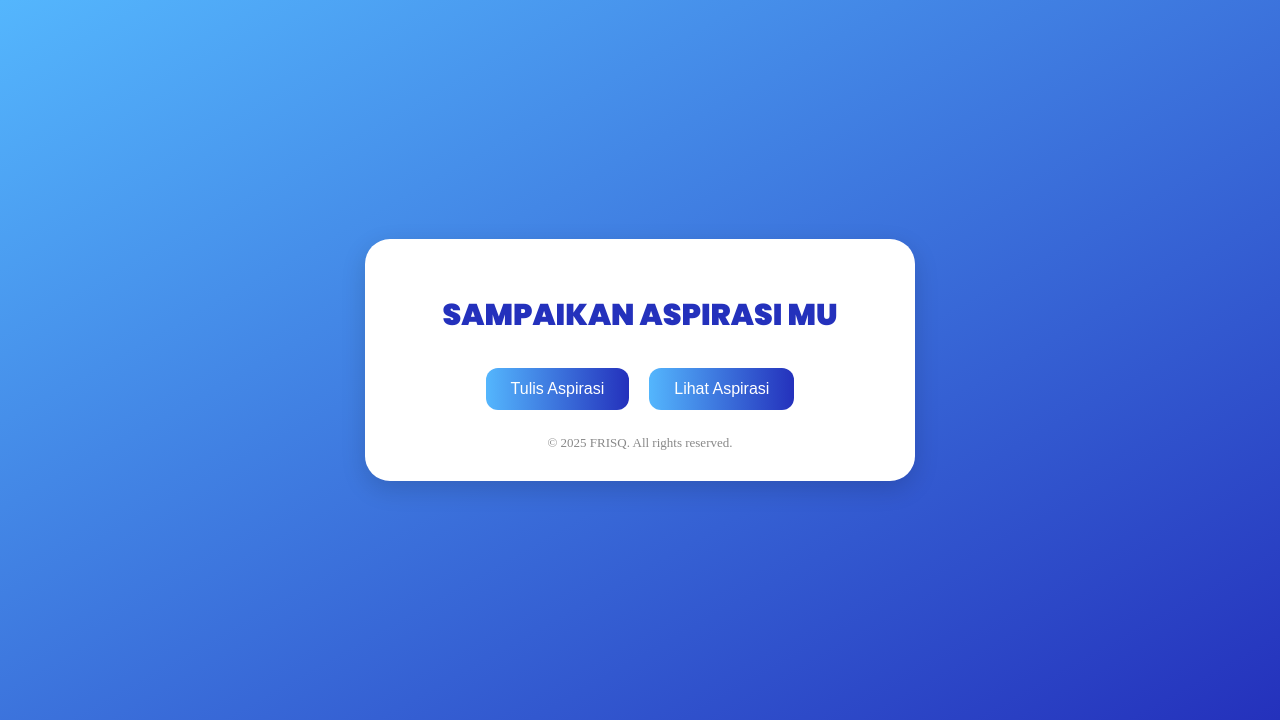
Repository: syauqiazka/Aspirasi
Page: index.html
An editor plug-in stored every save of this project. The page is shown before and after the next save, followed by the edit.
The browser window is 1280 px wide. The pictures show the whole page.

Above is the page before, as saved 2025-11-20 08:58:21.

### index.html
<!DOCTYPE html>
<html lang="en">
<head>
  <meta charset="UTF-8">
  <meta name="viewport" content="width=device-width, initial-scale=1.0">
  <title>Aspirasi FRISQ</title>
  <link href="https://fonts.googleapis.com/css2?family=Poppins:wght@900&display=swap" rel="stylesheet">
  <link rel="stylesheet" href="style.css">
</head>
<body>
  <!-- Halaman utama -->
  <div class="container fade-in">
    <h2>SAMPAIKAN ASPIRASI MU</h2>
    <div class="button-group">
      <button class="btn" onclick="goToPage('SaranForm/saran.html')">Tulis Aspirasi</button>
      <button class="btn" onclick="goToPage('DaftarSaran/daftar.html')">Lihat Aspirasi</button>
    </div>
    <footer>&copy; 2025 FRISQ. All rights reserved.</footer>
  </div>

  <!-- Overlay transisi -->
  <div class="page-transition"></div>

  <script src="script.js"></script>
</body>
</html>

### style.css
body {
  margin: 0;
  height: 100vh;
  background: linear-gradient(to bottom right, #54B6FD, #2431BC);
  display: flex;
  justify-content: center;
  align-items: center;
  transition: 0.3s ease;
  overflow: hidden;
}

/* Container Box */
.container {
  background: #fff;
  border-radius: 25px;
  box-shadow: 0 8px 25px rgba(0, 0, 0, 0.15);
  width: 50%;
  max-width: 500px;
  text-align: center;
  padding: 30px 25px;
  animation: fadeIn 0.7s ease forwards;
}

/* Judul Besar */
.container h2 {
  color: #2431BC;
  font-weight: 900;
  font-size: 30px;
  text-transform: uppercase;
  margin-bottom: 30px;
  font-family: 'Poppins', sans-serif;
}

/* Tombol Group */
.button-group {
  display: flex;
  justify-content: center;
  gap: 20px;
  margin-bottom: 25px;
}

/* Tombol */
.btn {
  position: relative;
  background: linear-gradient(to right, #54B6FD, #2431BC);
  color: #fff;
  border: none;
  border-radius: 12px;
  padding: 12px 25px;
  font-size: 16px;
  cursor: pointer;
  overflow: hidden;
  transition: transform 0.2s ease, box-shadow 0.2s ease;
}

.btn::before {
  content: "";
  position: absolute;
  top: -50%;
  left: -75%;
  width: 50%;
  height: 200%;
  background: rgba(255, 255, 255, 0.4);
  transform: rotate(30deg);
  transition: all 0.6s ease;
}

.btn:hover::before {
  left: 120%;
}

.btn:hover {
  transform: scale(1.05);
  box-shadow: 0 0 10px rgba(84, 182, 253, 0.6);
}

/* Footer */
footer {
  font-size: 13px;
  color: #888;
}

/* Animasi Fade In Container */
@keyframes fadeIn {
  from {
    opacity: 0;
    transform: translateY(15px);
  }
  to {
    opacity: 1;
    transform: translateY(0);
  }
}

/* Overlay transisi antar halaman */
.page-transition {
  position: fixed;
  top: 0;
  left: -120%;
  width: 100%;
  height: 100%;
  background: linear-gradient(to bottom right, #54b7fd, #2431bc);
  border-right: 20px solid white;
  box-shadow: 10px 0px 10px rgba(0, 0, 0, 0.486);
  z-index: 9999;
  transition: all 0.5s ease-in-out;
}

.page-transition.active {
  left: 0;
  background: linear-gradient(to bottom right, #54B6FD, #2431bc);
}

### script.js
function goToPage(url) {
  const transition = document.querySelector('.page-transition');
  transition.classList.add('active');

  // Tunggu animasi selesai dulu (0.7s) baru pindah
  setTimeout(() => {
    window.location.href = url;
  }, 700);
}

After the next save:
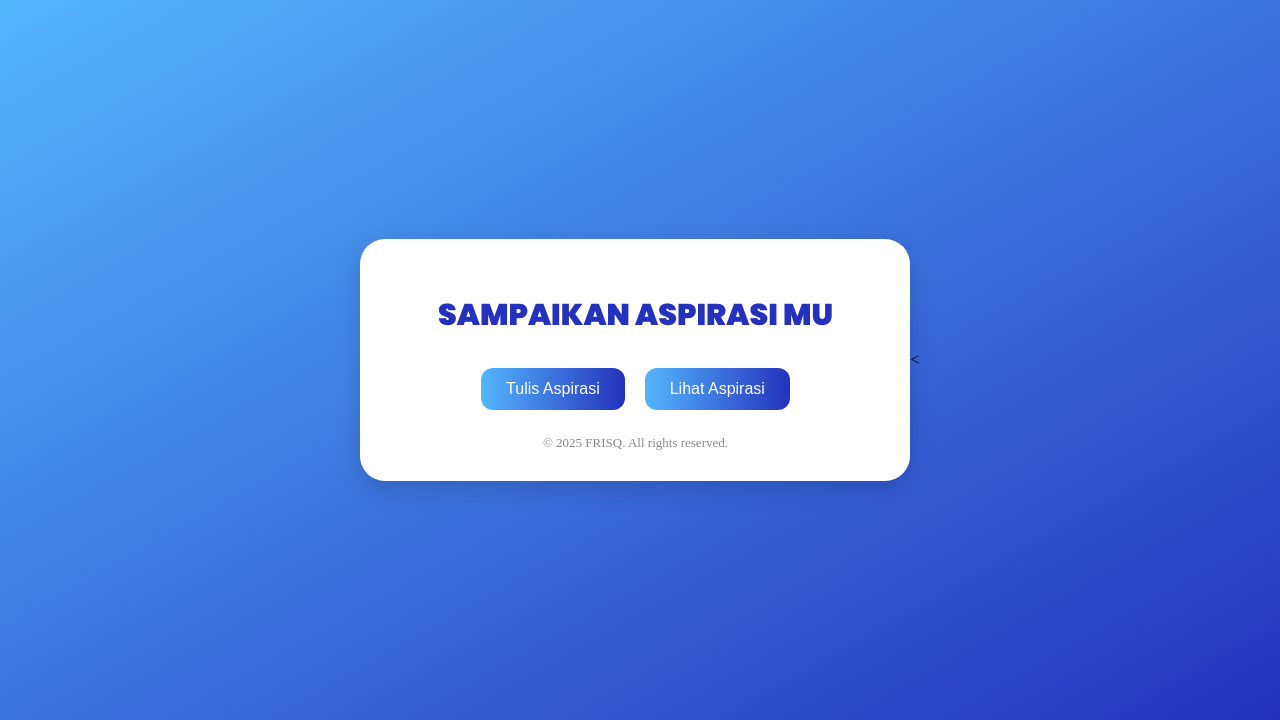
Saved 7 s later.
--- a/index.html
+++ b/index.html
@@ -1,5 +1,6 @@
 <!DOCTYPE html>
 <html lang="en">
+
 <head>
   <meta charset="UTF-8">
   <meta name="viewport" content="width=device-width, initial-scale=1.0">
@@ -7,6 +8,7 @@
   <link href="https://fonts.googleapis.com/css2?family=Poppins:wght@900&display=swap" rel="stylesheet">
   <link rel="stylesheet" href="style.css">
 </head>
+
 <body>
   <!-- Halaman utama -->
   <div class="container fade-in">
@@ -22,5 +24,6 @@
   <div class="page-transition"></div>
 
   <script src="script.js"></script>
-</body>
+  < </body>
+
 </html>

After the 3 saves that followed:
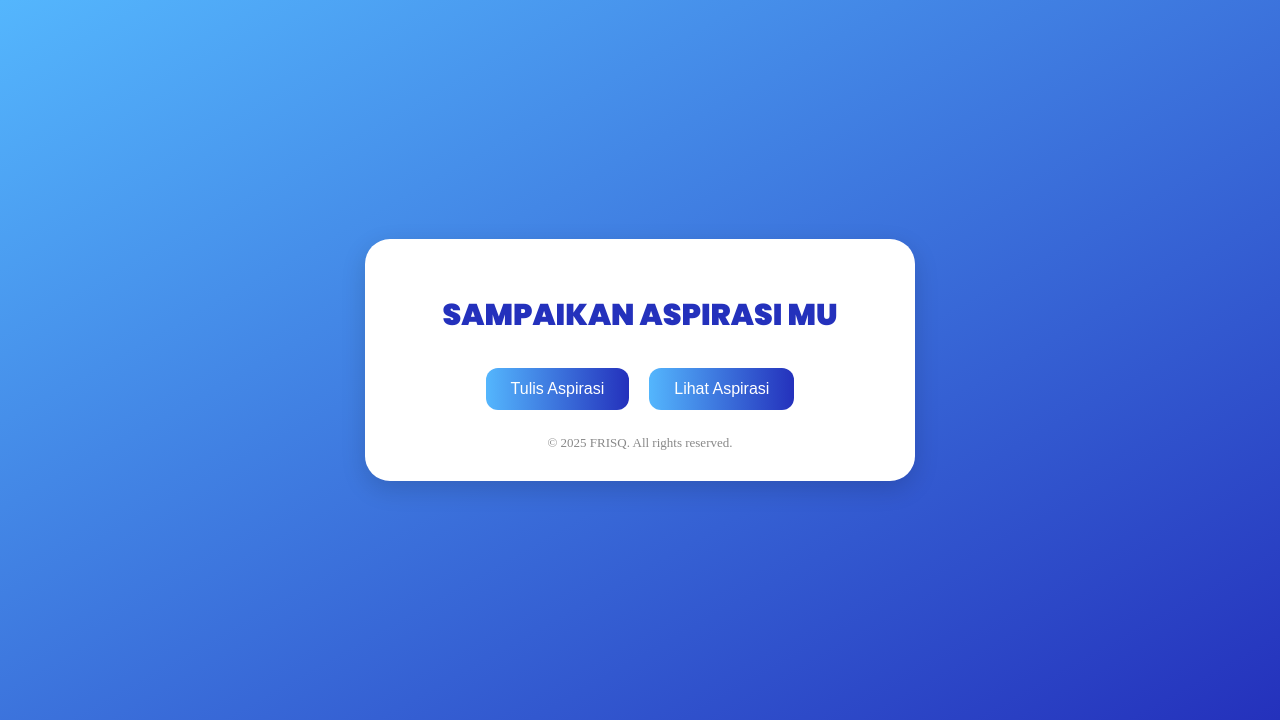
The 3 saves are shown as one change because they came seconds apart.
The last was saved 8 s later.
--- a/index.html
+++ b/index.html
@@ -24,6 +24,6 @@
   <div class="page-transition"></div>
 
   <script src="script.js"></script>
-  < </body>
+</body>
 
 </html>
